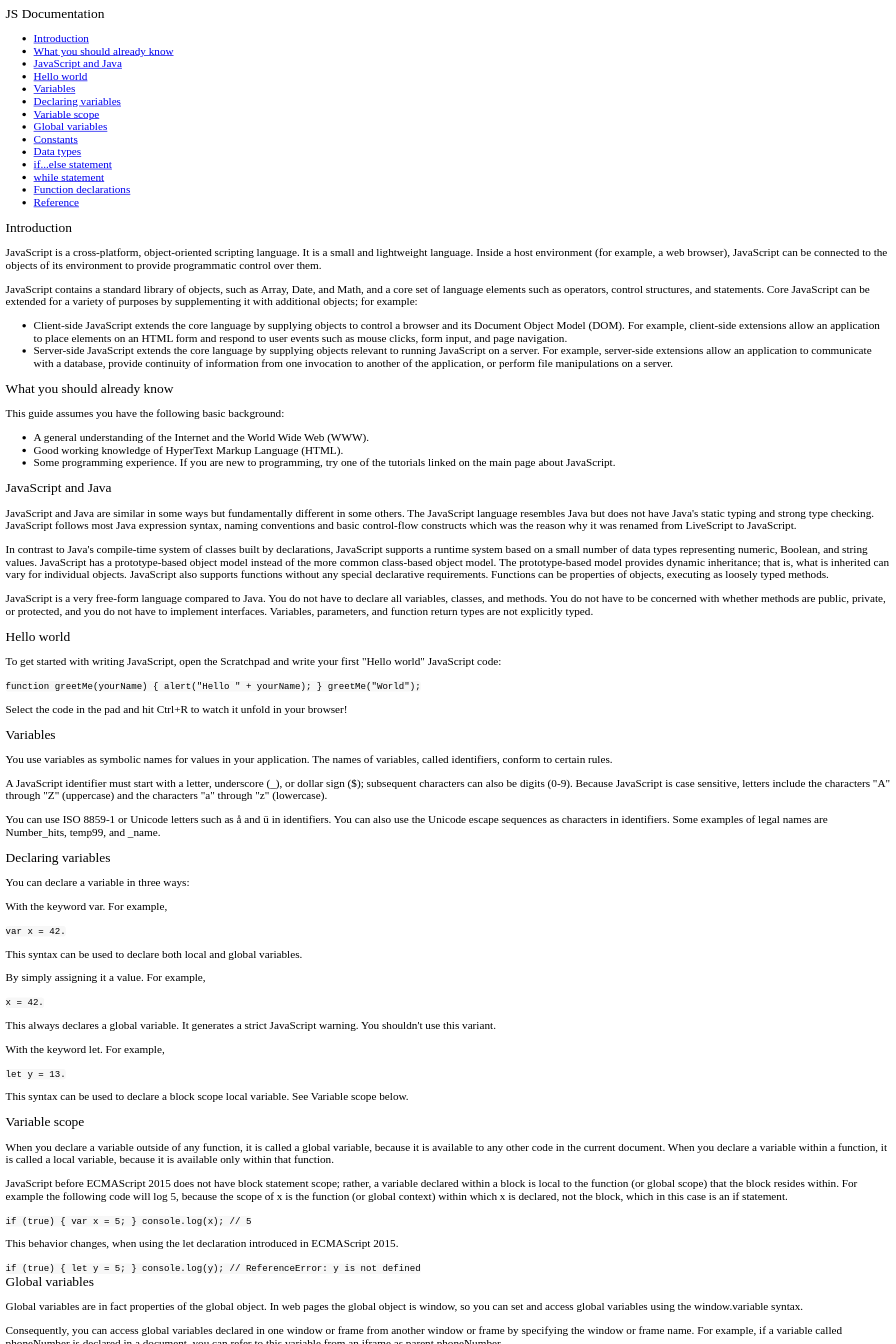
Repository: Lungdjos/technical_document_page_certificate
Page: index.html
These files come from the project's save history. The page is drawn as it stood at one moment and after the next save; the edit follows.
The browser window is 1280 px wide. The pictures show the part of the page from y = 0 to 1920 px (the page is 3878 px tall), at 70% of full size.

Above is the page before, as saved 2023-11-21 07:30:41.

After the next save:
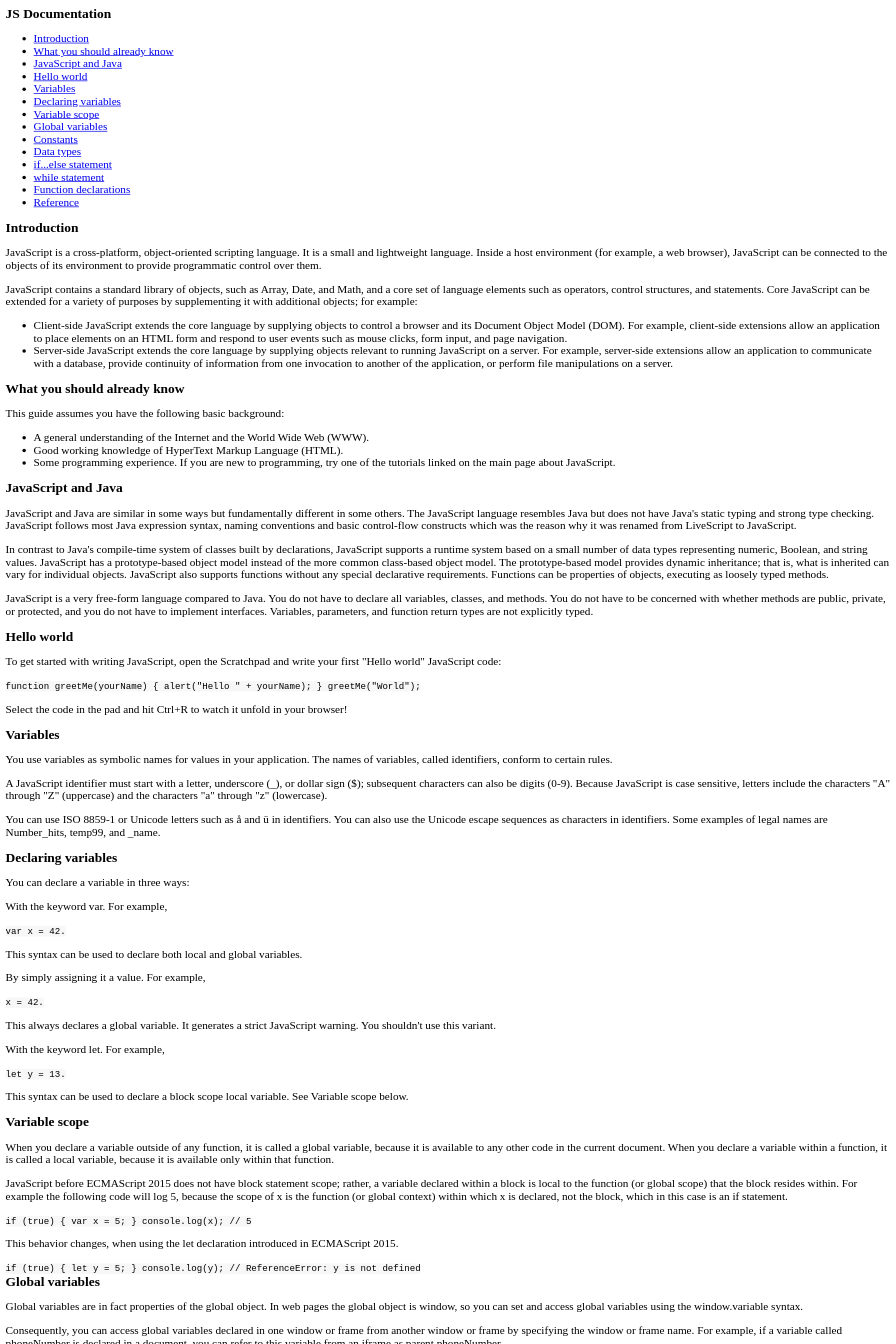
Saved 9 s later.
--- a/styles.css
+++ b/styles.css
@@ -10,7 +10,7 @@ html {
 
 header {
     font-size: larger;
-    font-weight: 500;
+    font-weight: 600;
 }
 
 
